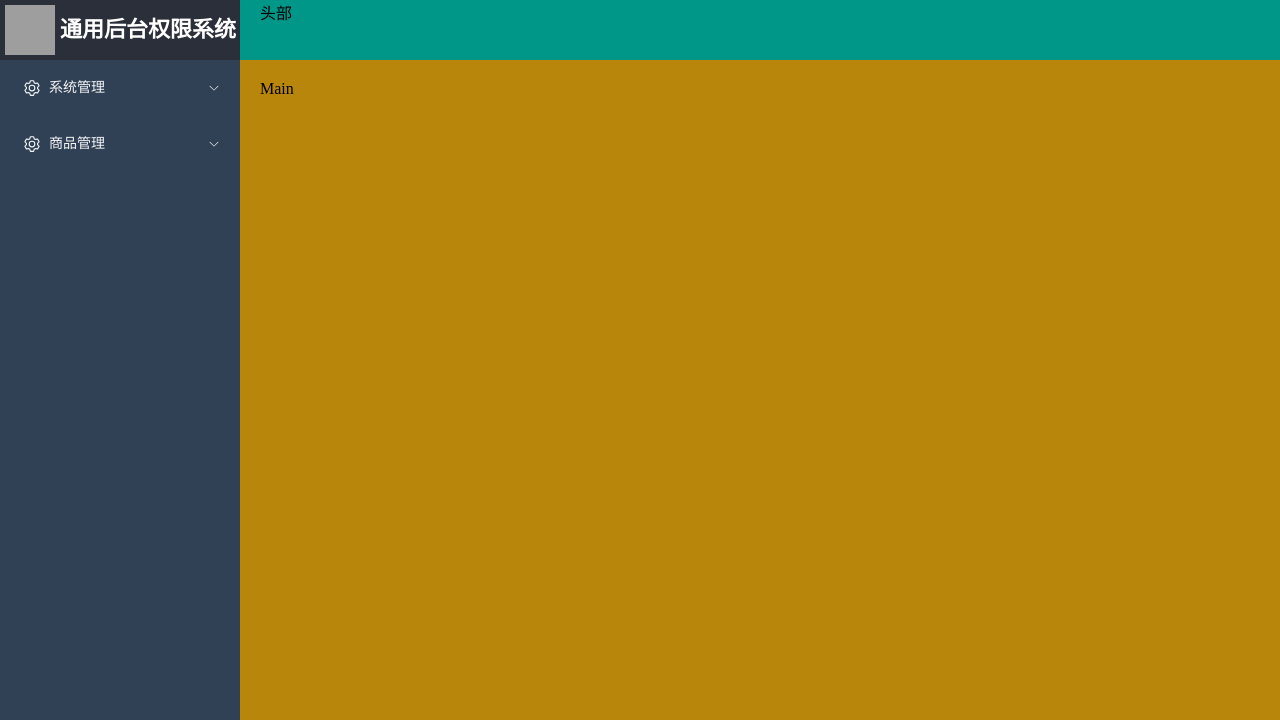
Repository: Langxecho/vite-project
Page: /home
An editor plug-in stored every save of this project. The page is shown before and after the next save, followed by the edit.
The browser window is 1280 px wide. The pictures show the whole page.
Pictures or frames that could not be fetched are drawn as grey boxes. The project was rebuilt for these pictures with package versions that can differ from the ones it lists, and the page was loaded fresh each time. Also part of the build but not shown: vite.config.ts.

Above is the page before, as saved 2024-11-08 14:36:28.

After the next save:
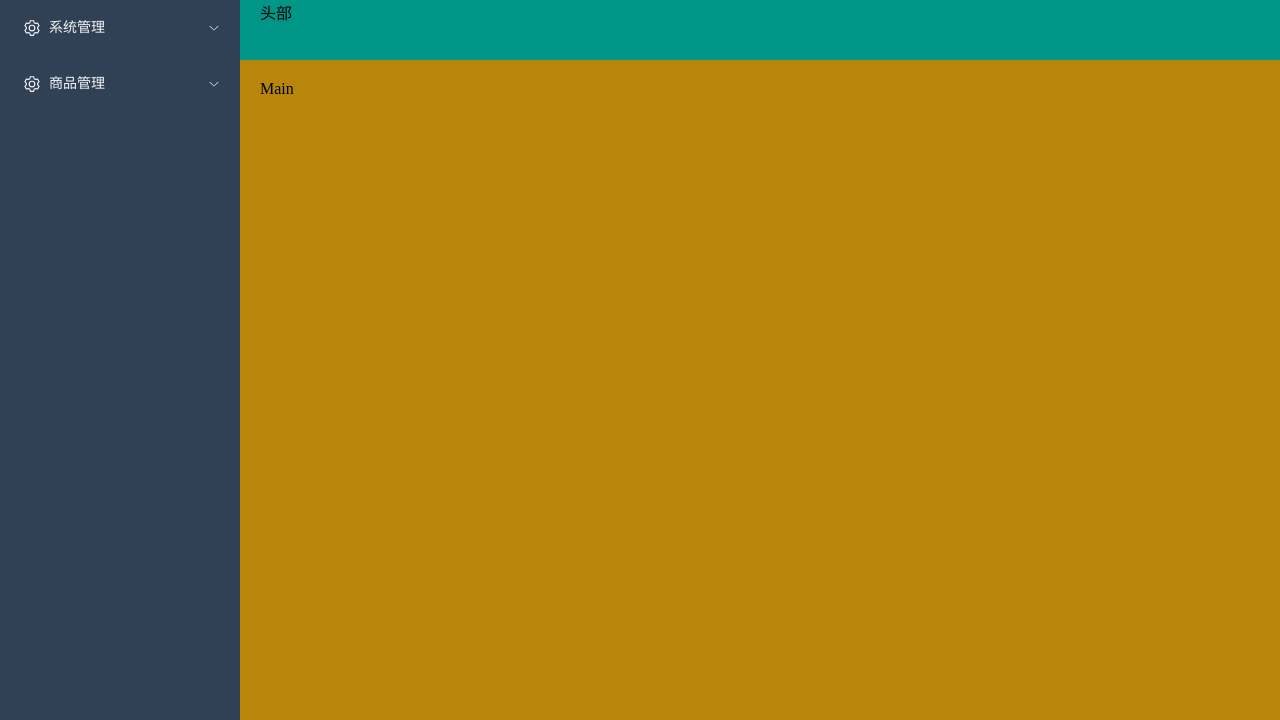
Saved 102 s later.
--- a/src/layout/menu/MenuBar.vue
+++ b/src/layout/menu/MenuBar.vue
@@ -1,5 +1,5 @@
 <template>
-  <menu-logo></menu-logo>
+  <!-- <menu-logo></menu-logo> -->
   <el-menu
     default-active="2"
     class="el-menu-vertical-demo"
@@ -13,7 +13,7 @@
 <script setup lang="ts">
 import { reactive } from 'vue'
 import MenuItem from '@/layout/menu/MenuItem.vue'
-import MenuLogo from './MenuLogo.vue'
+// import MenuLogo from './MenuLogo.vue'
 let menuList = reactive([
   {
     path: '/system',

After the save that followed:
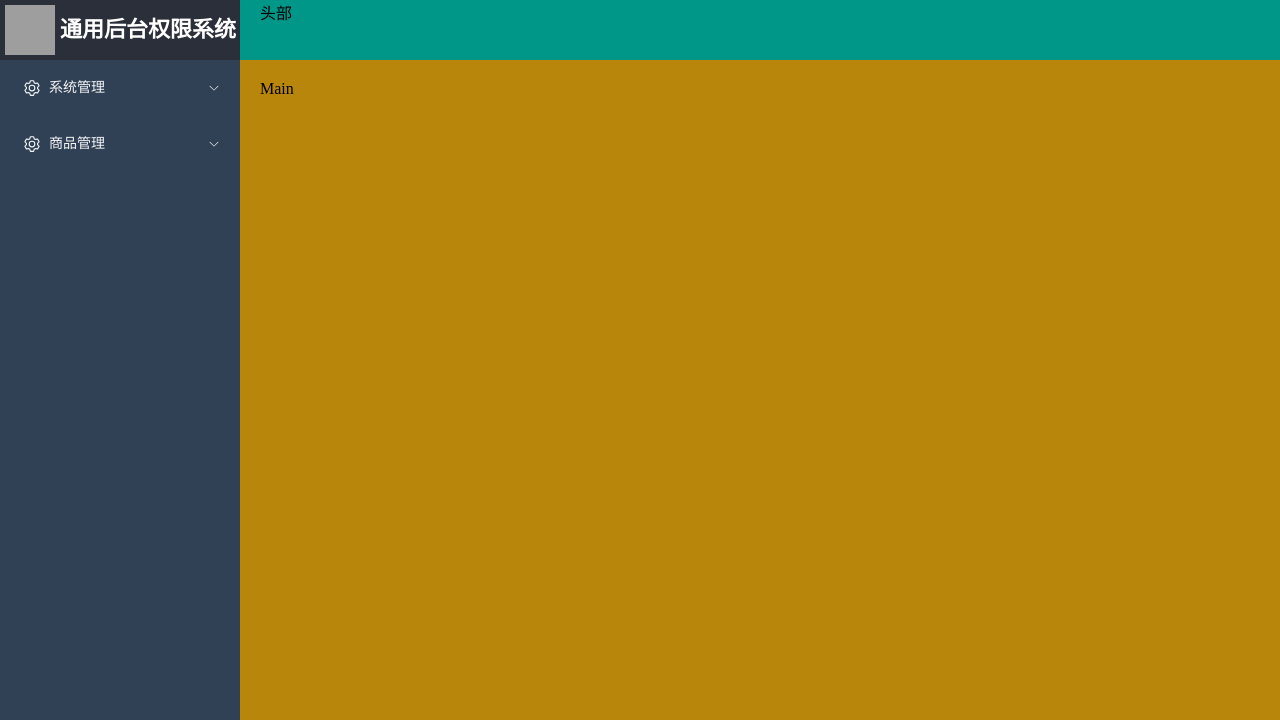
Saved 8 s later.
--- a/src/layout/menu/MenuBar.vue
+++ b/src/layout/menu/MenuBar.vue
@@ -1,5 +1,5 @@
 <template>
-  <!-- <menu-logo></menu-logo> -->
+  <menu-logo></menu-logo>
   <el-menu
     default-active="2"
     class="el-menu-vertical-demo"
@@ -13,7 +13,7 @@
 <script setup lang="ts">
 import { reactive } from 'vue'
 import MenuItem from '@/layout/menu/MenuItem.vue'
-// import MenuLogo from './MenuLogo.vue'
+import MenuLogo from './MenuLogo.vue'
 let menuList = reactive([
   {
     path: '/system',
